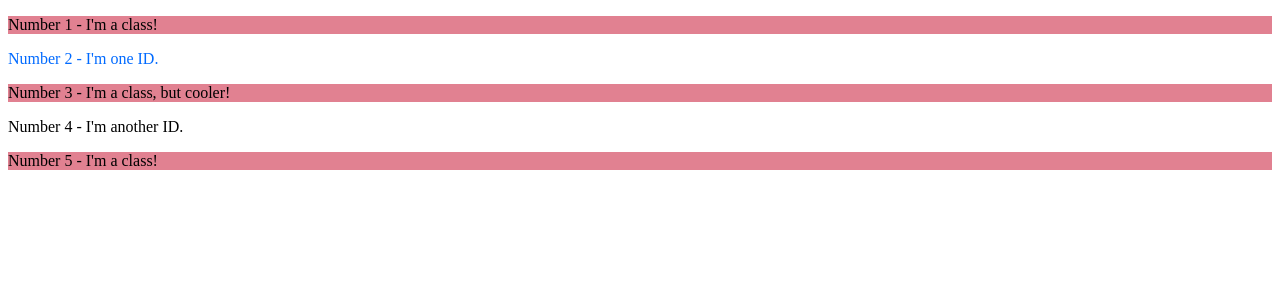
Repository: bbrockbrown/css-exercises
Page: foundations/02-class-id-selectors/index.html
An editor plug-in stored every save of this project. The page is shown before and after the next save, followed by the edit.
The browser window is 1280 px wide. The pictures show the whole page.

Above is the page before, as saved 2024-07-07 19:01:00.

After the next save:
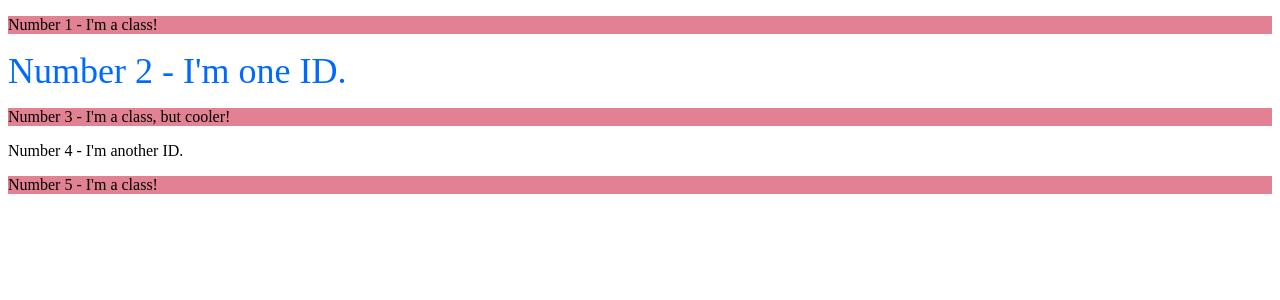
Saved 35 s later.
--- a/foundations/02-class-id-selectors/style.css
+++ b/foundations/02-class-id-selectors/style.css
@@ -4,5 +4,6 @@
 }
 
 #second {
-    color: rgb(0, 106, 255)
+    color: rgb(0, 106, 255);
+    font-size: 36px;
 }
